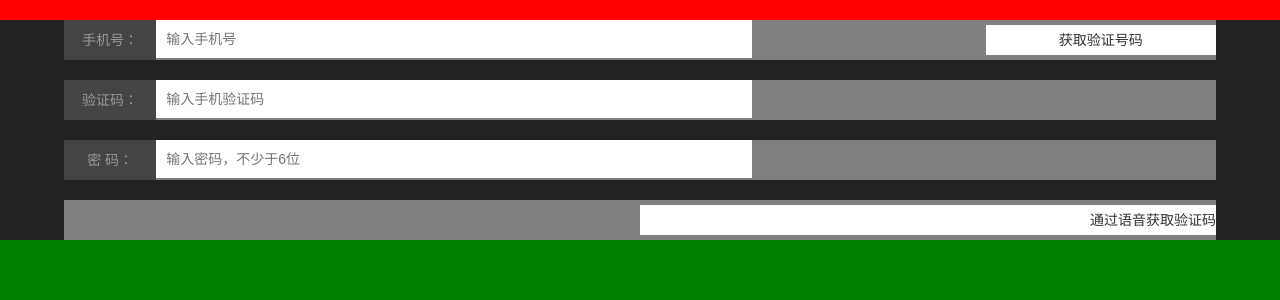
Repository: wangxinjun08231116/Html5Views
Page: WangXinJun/WebContent/htmls/QCF/ZhuCe.html
The author's editor kept a copy of each file at every save. The page is drawn from the files as they stood at one save, then again after a run of saves.
The browser window is 1280 px wide. The pictures show the whole page.

Above is the page before, as saved 2015-01-22 03:40:37.

After the next 2 saves:
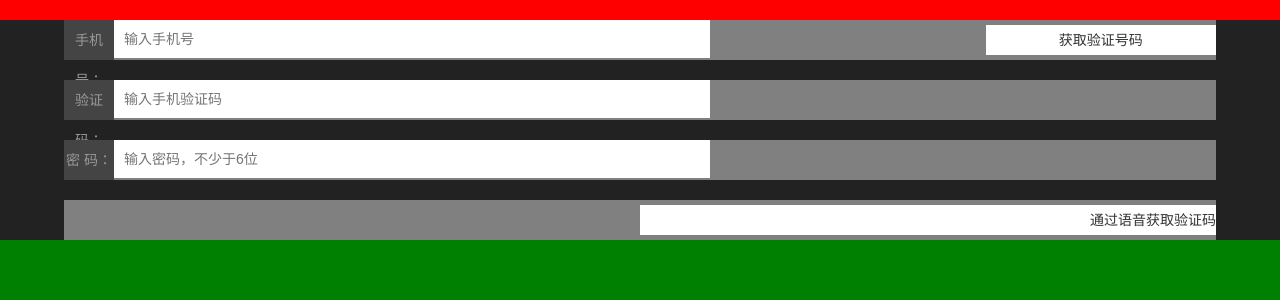
The 2 saves are shown as one change because they came seconds apart.
The last was saved 97 s later.
--- a/WangXinJun/WebContent/css/QCF/ZhuCe.css
+++ b/WangXinJun/WebContent/css/QCF/ZhuCe.css
@@ -81,10 +81,10 @@ body {
     color: #999;
     background-color: #444;
     font-size: 14px;
-    width: 8%;
+    width: 50px;
     height: 40px;
     line-height:40px;
-   	text-align:center;
+   	text-align:center;  s
 
 
 }
